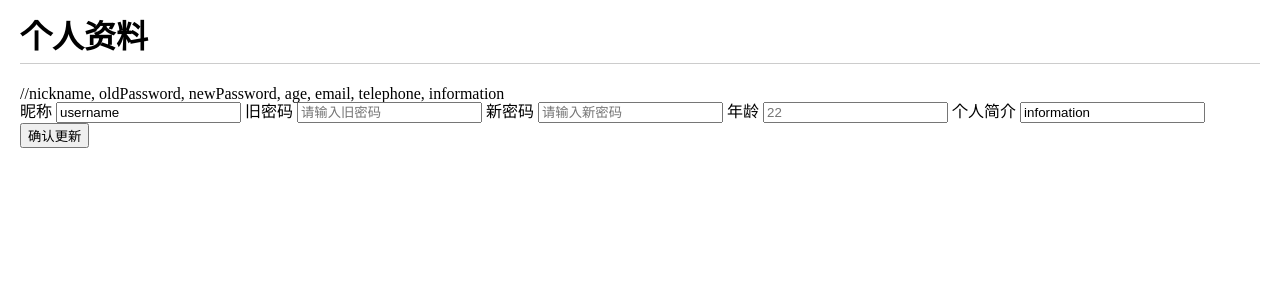
Repository: pine-chen/blog
Page: nodeJS-blog/html-test/information.html
The author's editor kept a copy of each file at every save. The page is drawn from the files as they stood at one save, then again after the next save.
The browser window is 1280 px wide. The pictures show the whole page.

Above is the page before, as saved 2019-12-30 16:58:45.

After the next save:
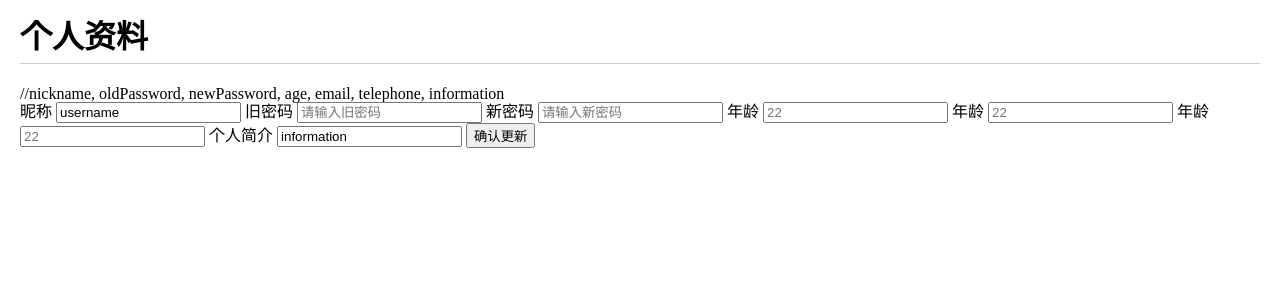
Saved 6 s later.
--- a/nodeJS-blog/html-test/information.html
+++ b/nodeJS-blog/html-test/information.html
@@ -25,6 +25,12 @@
         </label>
         <label>
             新密码 <input type="password" id="textNewPassword" placeholder="请输入新密码"/>
+        </label>
+        <label>
+            年龄 <input type="number" id="textAge" placeholder="22" />
+        </label>
+        <label>
+            年龄 <input type="number" id="textAge" placeholder="22" />
         </label>
         <label>
             年龄 <input type="number" id="textAge" placeholder="22" />
